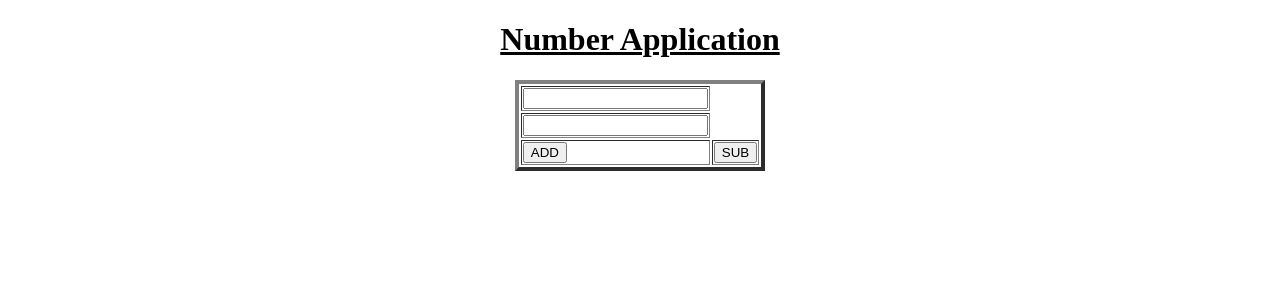
Repository: madhu124/Youtube-demo
Page: JSP_NumberApp/WebContent/Number.html
An editor plug-in stored every save of this project. The page is shown before and after the next save, followed by the edit.
The browser window is 1280 px wide. The pictures show the whole page.

Above is the page before, as saved 2017-05-31 17:03:44.

### JSP_NumberApp/WebContent/Number.html
<!DOCTYPE html>
<html>
<head>
<meta charset="ISO-8859-1">
<title>Number App</title>
</head>
<body>
<center><h1><u>Number Application</u></h1></center>
<form action="number.jsp">
<table border="4" align="center" >
<tr>
<td> <input type="text" name="t1"></td>
</tr>
<tr>
<td> <input type="text" name="t2"></td>
</tr>
<td><input type="submit" value="ADD"/></td>
<td><input type="submit" value="SUB"/></td>

</table>

</form>
</body>
</html>

After the next save:
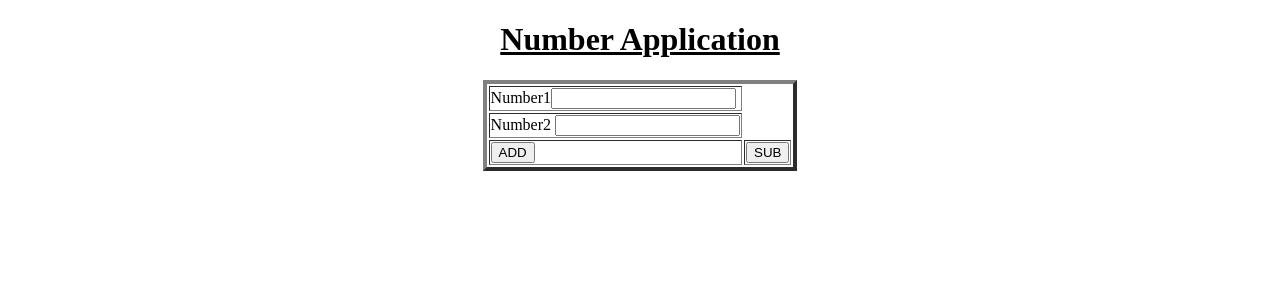
Saved 118 s later.
--- a/JSP_NumberApp/WebContent/Number.html
+++ b/JSP_NumberApp/WebContent/Number.html
@@ -9,13 +9,13 @@
 <form action="number.jsp">
 <table border="4" align="center" >
 <tr>
-<td> <input type="text" name="t1"></td>
+<td> Number1<input type="text" name="t1"></td>
 </tr>
 <tr>
-<td> <input type="text" name="t2"></td>
+<td> Number2 <input type="text" name="t2"></td>
 </tr>
-<td><input type="submit" value="ADD"/></td>
-<td><input type="submit" value="SUB"/></td>
+<td> <input type="submit" value="ADD"/></td>
+<td> <input type="submit" value="SUB"/></td>
 
 </table>
 
